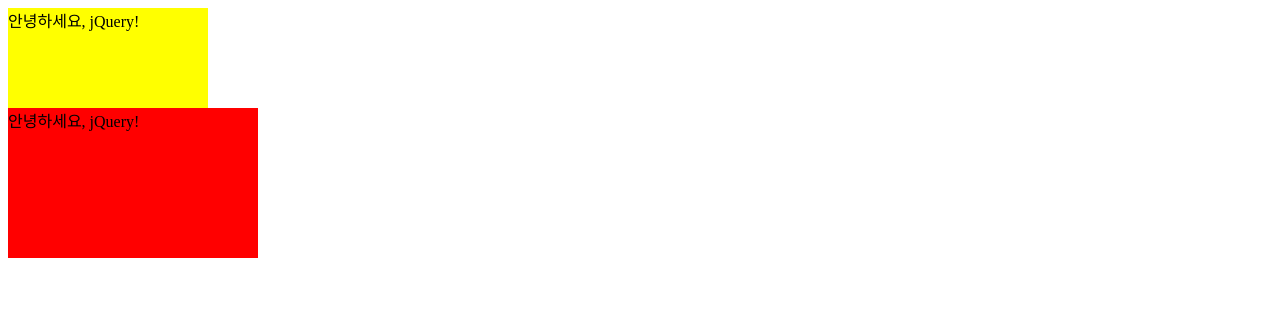
Repository: l3asic/TeamC
Page: 09.jQuery/WebContent/jq02.html
These files come from the project's save history. The page is drawn as it stood at one moment and after the next save; the edit follows.
The browser window is 1280 px wide. The pictures show the whole page.

Above is the page before, as saved 2021-12-08 06:08:03.

### 09.jQuery/WebContent/jq02.html
<!DOCTYPE html>
<html>
<head>
<meta charset="UTF-8">
<title>jQuery02</title>
<style type="text/css">
.bg{
	background-color: red;
	width: 250px;
	height: 150px;
}
</style>
</head>
<body>
<div style="background-color: yellow; width: 200px; height: 100px;">
안녕하세요, jQuery!
</div>

<div class="bg">
안녕하세요, jQuery!
</div>

</body>
</html>

After the next save:
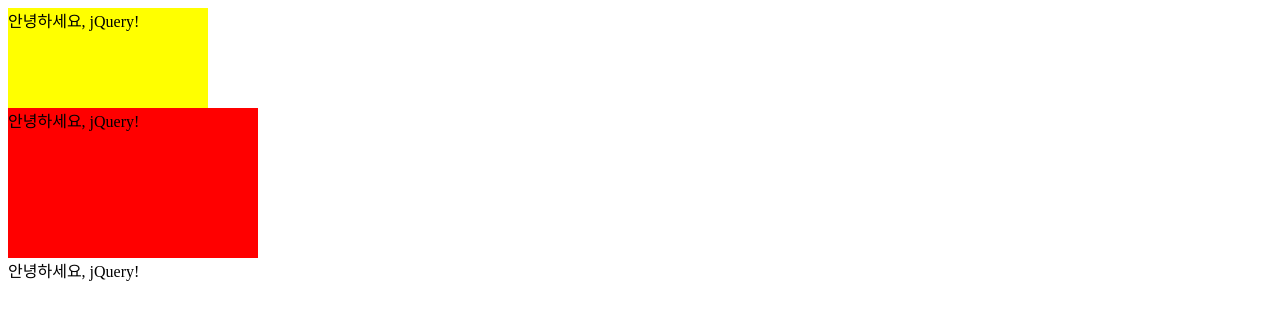
Saved 50 s later.
--- a/09.jQuery/WebContent/jq02.html
+++ b/09.jQuery/WebContent/jq02.html
@@ -20,5 +20,8 @@
 안녕하세요, jQuery!
 </div>
 
+<div id="display">
+안녕하세요, jQuery!
+</div>
 </body>
 </html>
